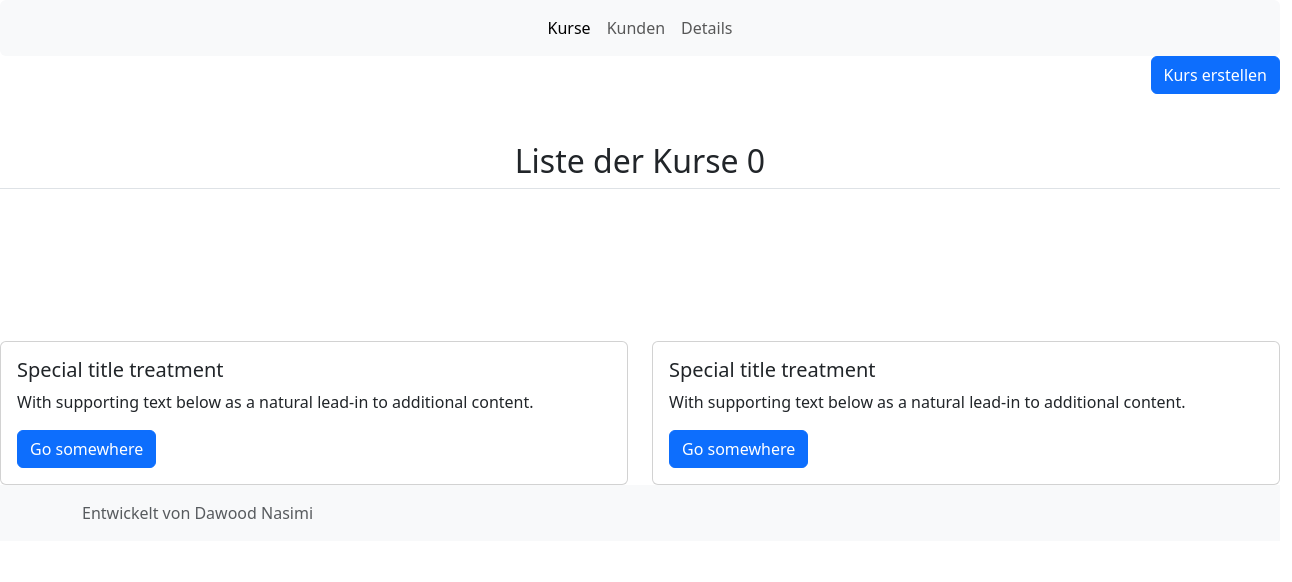
Repository: Dawoodnasimi/kurse
Page: templates/kurse/index.html.twig
The author's editor kept a copy of each file at every save. The page is drawn from the files as they stood at one save, then again after the next save.
The browser window is 1280 px wide. The page is 1292 px wide, then 1280 px, so the pictures cover 1292 px, including what lies to the right of the window. The pictures show the whole page.
The page is a Twig template of a Symfony application; nobody is signed in and links lead nowhere. The template is opened directly, without the code that normally fills it, so the values that code supplies are empty.

Above is the page before, as saved 2023-10-23 20:56:14.

After the next save:
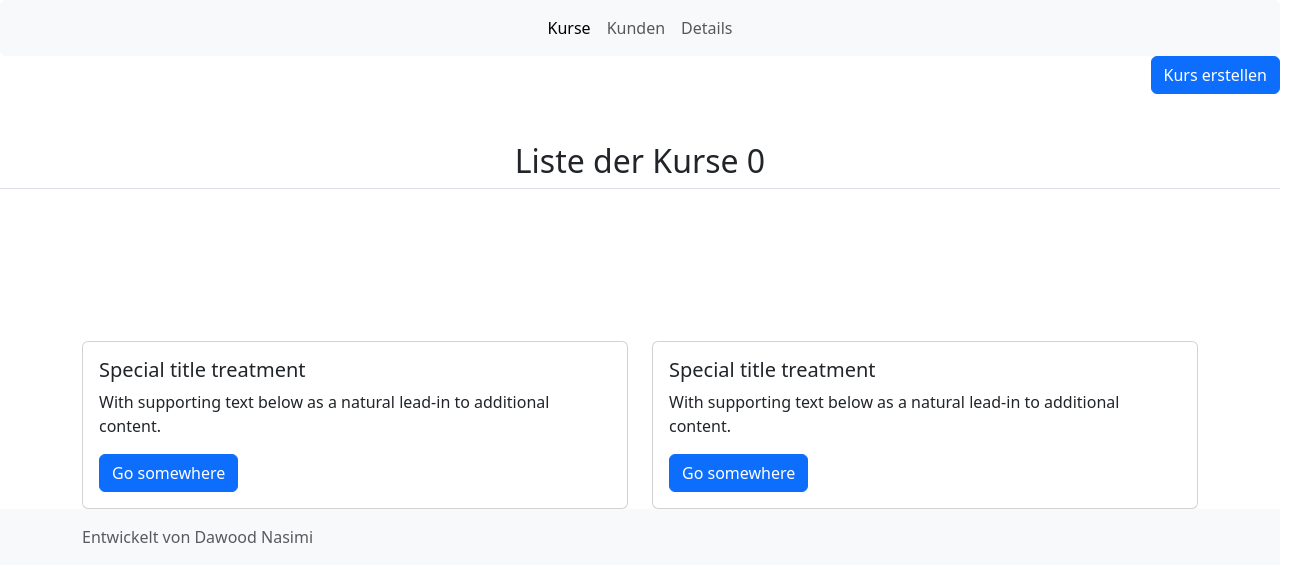
Saved 32 s later.
--- a/templates/kurse/index.html.twig
+++ b/templates/kurse/index.html.twig
@@ -36,6 +36,7 @@
 			</div>
 	</div>
 
+	<div class='container'>
 	<div class="row">
   <div class="col-sm-6">
     <div class="card">
@@ -56,4 +57,5 @@
     </div>
   </div>
 </div>
+</div>
 {% endblock %}
